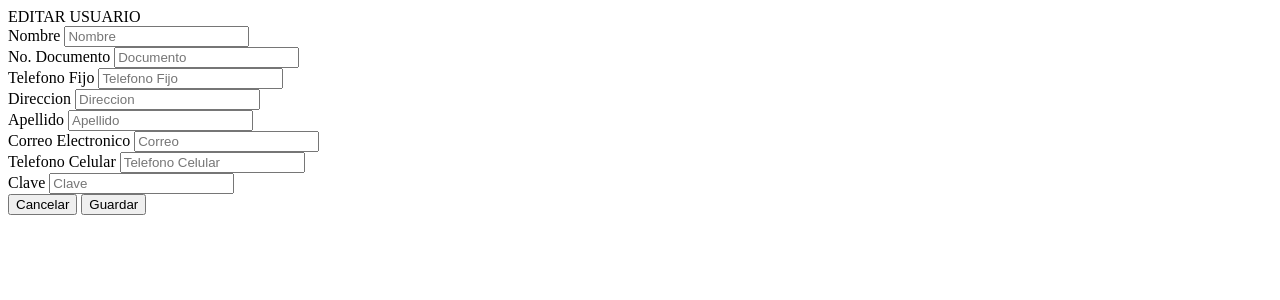
Repository: DA5CH25/kohaku_php
Page: http://localhost/kohaku_php/views/modules/editar.php
An editor plug-in stored every save of this project. The page is shown before and after a run of saves, followed by the edit.
The browser window is 1280 px wide. The pictures show the whole page.
The page is run by PHP 8.4 with error messages shown; the project is at /var/www/html/.

Above is the page before, as saved 2021-05-22 15:08:42.

After the next 2 saves:
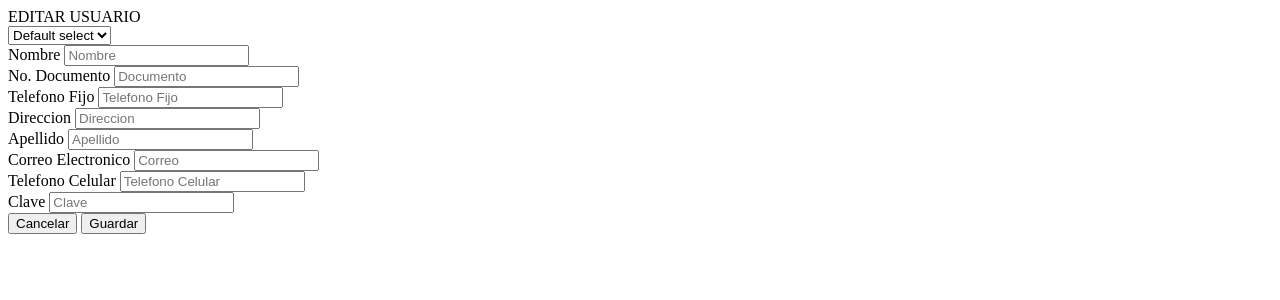
The 2 saves are shown as one change because they came seconds apart.
The last was saved 5 min 10 s later.
--- a/views/modules/editar.php
+++ b/views/modules/editar.php
@@ -20,6 +20,13 @@ if(isset($_POST['first_name']) && isset($_POST['last_name']) && isset($_POST['em
 								<div class="card-header">
 									<div class="card-title">EDITAR USUARIO</div>
 								</div>
+								<div class="col-xl-4 col-lg col-md-4 col-sm-4 col-12">
+											<div class="form-group">
+												<select class="form-control">
+													<option>Default select</option>
+												</select>
+											</div>
+										</div>
 								<div class="card-body">
 									<div class="row gutters">
 										<div class="col-xl-6 col-lg-6 col-md-6 col-sm-6 col-12">
